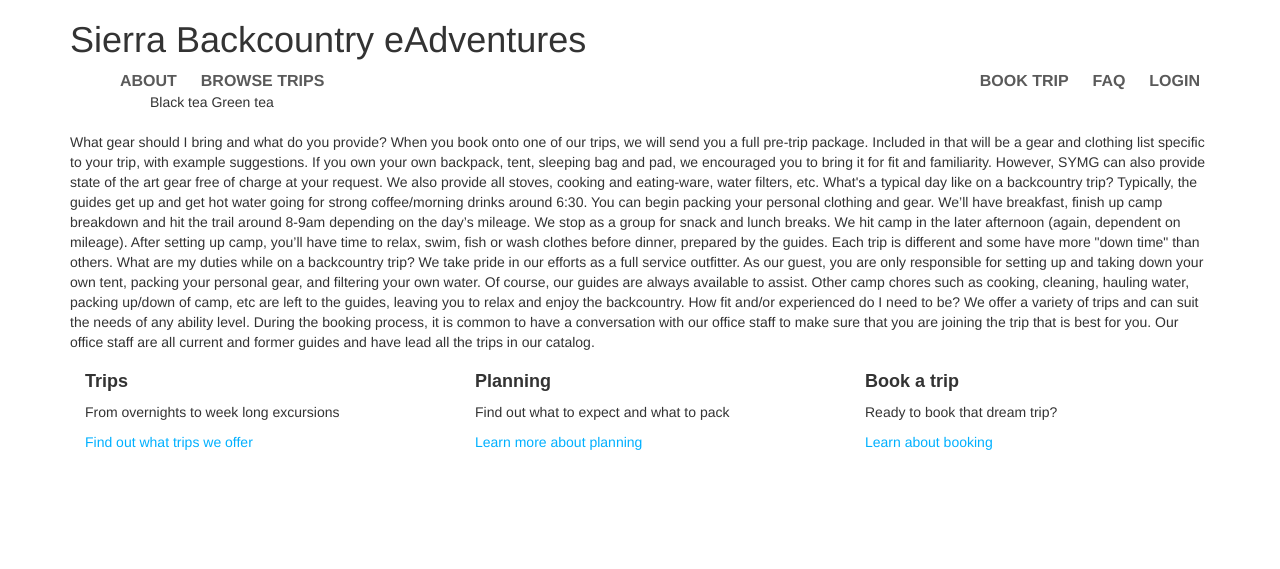
Repository: nageek17/eadventures
Page: http://localhost/support.php
The author's editor kept a record of every edit. The page is drawn from the files as they stood at one moment, then again after the next edit.
The browser window is 1280 px wide. The pictures show the whole page.
Some web libraries are served in a nearby version. The page is run by PHP 8.4 with error messages shown; the project is at /var/www/html/.

Above is the page before.
Console error (its wording comes from the project's code and is left out).

After the next edit:
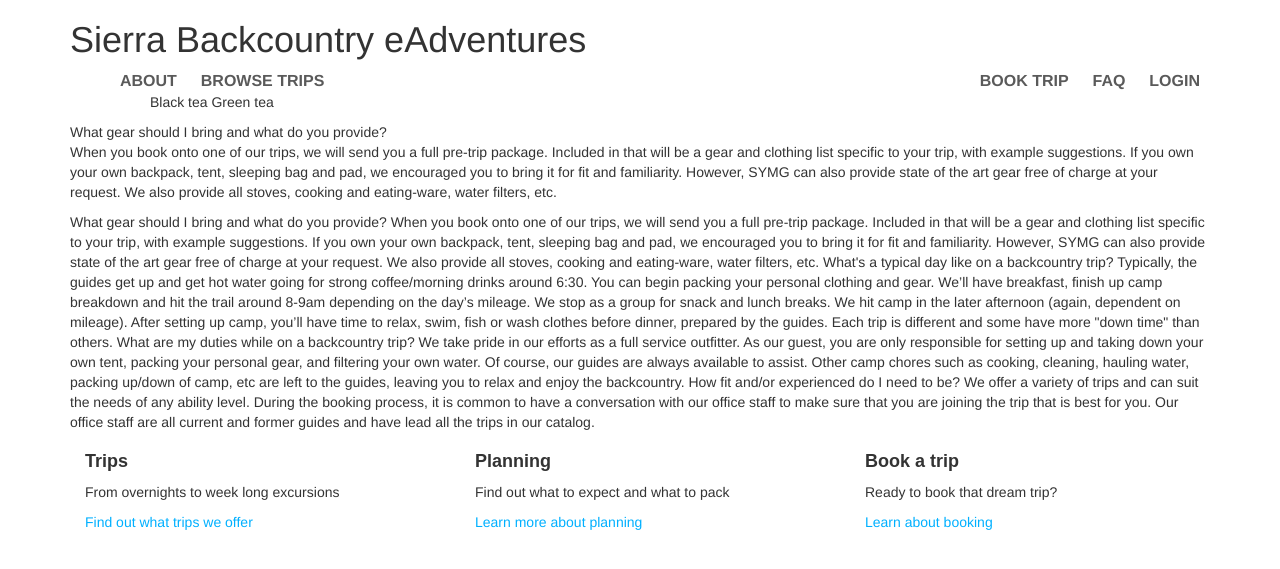
The edit:
--- a/support.php
+++ b/support.php
@@ -2,7 +2,11 @@
     include ('header.php');
 ?>
 <div class='container'>
-<p></p>
+<p>What gear should I bring and what do you provide?</br>
+When you book onto one of our trips, we will send you a full pre-trip package. Included in that will be a gear and clothing list specific to your trip, with example suggestions. If you own your own backpack, tent, sleeping bag and pad, we encouraged you to bring it for fit and familiarity. However, SYMG can also provide state of the art gear free of charge at your request. We also provide all stoves, cooking and eating-ware, water filters, etc.
+
+
+</p>
 
 <p></p>
 
